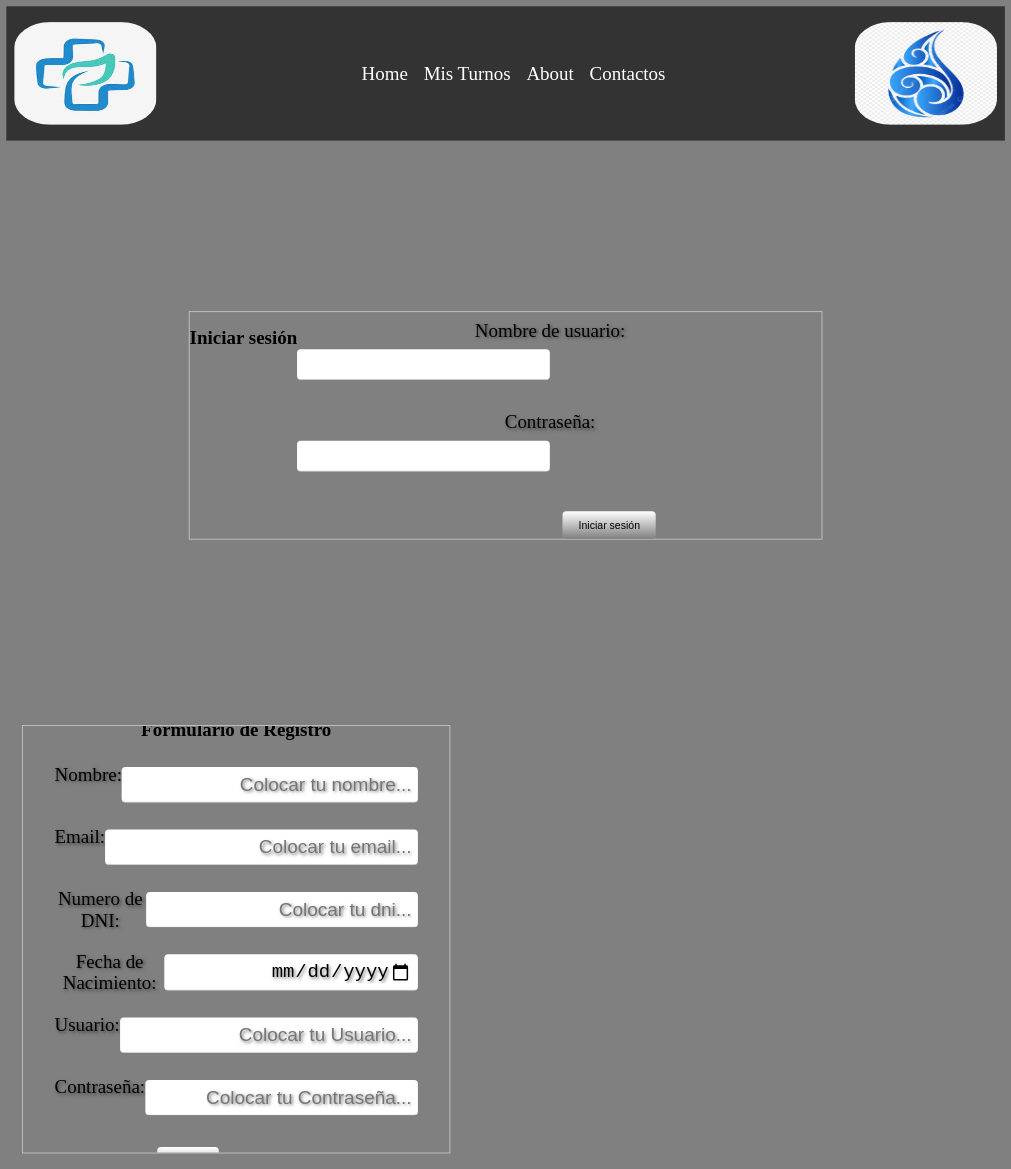
Repository: mauro8778/TurnoClinica
Page: / (app in front/vite-project/)
An editor plug-in stored every save of this project. The page is shown before and after the next save, followed by the edit.
The browser window is 1280 px wide. The pictures show the whole page, at 79% of full size.
The project was rebuilt for these pictures with package versions that can differ from the ones it lists, and the page was loaded fresh each time. Also part of the build but not shown: front/vite-project/vite.config.js.

Above is the page before, as saved 2024-04-14 14:10:49.

### front/vite-project/src/App.jsx

import "./index.css"
import NavBar from "./components/NavBar/NavBar.jsx";
import Login from "./views/Login/Login"
import Register from "./views/Register/Register.jsx";


function App() {


  return (
    <>
    <NavBar/>
  <Login/>
  <Register/>
    </>


  )
}

export default App

### front/vite-project/src/index.css
body{

  background-color: grey;
}

### front/vite-project/src/components/NavBar/NavBar.jsx

import  "./NavBar.css";
import hospital from "../../assets/hospital.jpg"
import logo from "../../assets/logo.jpg"


const NavBar=()=>{

    return(
    <>

    <div className="navbar">
      <img src={hospital} alt="Imagen 1" className="left-image" />
      <ul className="nav-list">
        <li>Home</li>
        <li>Mis Turnos </li>
        <li>About</li>
        <li>Contactos </li>
      </ul>
      <img src={logo} alt="Imagen 2" className="right-image" />
    </div>


    </>
    )
}
export default NavBar;

### front/vite-project/src/views/Login/Login.jsx
import { useState } from "react";
import axios from "axios"
import "./login.css";

const LoginForm = () => {
  const [credentials, setCredentials] = useState({
    username: "",
    password: ""
  });

  const [error, setError] = useState("");

  const handleInputChange = (event) => {
    const { name, value } = event.target;
    setCredentials({
      ...credentials,
      [name]: value
    });
  };

  const handleFormSubmit = async (event) => {
    event.preventDefault();
    if (!credentials.username && !credentials.password) {
        setError("Faltan rellenar los campos de usuario y contraseña");
        return;
      }
      if (!credentials.username) {
        setError("Falta colocar el nombre de usuario");
        return;
      }
      if (!credentials.password) {
        setError("Falta colocar la contraseña");
        return;
      }
    try {
        const response = await axios.post("http://localhost:3000/users/loguin", credentials);
        if (response.status === 200) {
          alert("Inicio de sesión exitoso");
        } else {
          setError("Credenciales inválidas");
        }
    } catch (error) {
        if (error.response && error.response.status === 400) {
          setError("Usuario inexistente");
        } else if (error.response && error.response.status === 401) {
          setError("Contraseña incorrecta");
        } else {
          setError ("Error al iniciar sesión. Por favor, inténtalo de nuevo más tarde");
        }
    }
};
  return (
    <div className="card-container">
    <div className="card">
      <h2>Iniciar sesión</h2>
      <form onSubmit={handleFormSubmit} className="form-container">
        <div className="input-container">
          <label htmlFor="username">Nombre de usuario:</label>
          <input
            type="text"
            id="username"
            name="username"
            value={credentials.username}
            onChange={handleInputChange}
          />
        </div>
        <div className="input-container">
          <label htmlFor="password">Contraseña:</label>
          <input
            type="password"
            id="password"
            name="password"
            value={credentials.password}
            onChange={handleInputChange}
          />
        </div>
        {error && <p className="error">{error}</p>}
        <button type="submit">Iniciar sesión</button>
      </form>
    </div>
  </div>
);
};

export default LoginForm;

### front/vite-project/src/views/Register/Register.jsx

import { useState, useEffect } from "react";
import "../Register/Register.css";
import { Validate } from "../../helper/validate";
import axios from "axios";

const Register = () => {
  const [userData, setUserData] = useState({
    name: "",
    email: "",
    nDni: "",
    birthdate: "",
    username: "",
    password: ""
  });

  const [errors, setErrors] = useState({
    name: "",
    email: "",
    nDni: "",
    birthdate: "",
    username: "",
    password: ""
  });

  const [formSubmitted, setFormSubmitted] = useState(false);

  const handleInputChange = (event) => {
    const { name, value } = event.target;
    setUserData({
      ...userData,
      [name]: value
    });
  };

  const handleFormSubmit = (event) => {
    event.preventDefault();
    setFormSubmitted(true);
  };

  useEffect(() => {
    if (formSubmitted) {
      const currentErrors = Validate(userData);
      setErrors(currentErrors);

      const noErrors = Object.values(currentErrors).every(
        (error) => error === ""
      );

      if (noErrors) {
        axios
          .post("http://localhost:3000/users/register", userData)
          .then(() => {
            alert("Usuario creado con éxito");
            setFormSubmitted(false);
            setUserData({
              name: "",
              email: "",
              nDni: "",
              birthdate: "",
              username: "",
              password: ""
            });
            setErrors({
              name: "",
              email: "",
              nDni: "",
              birthdate: "",
              username: "",
              password: ""
            });
          })
          .catch((error) => {
            console.error("Error al enviar los datos:", error);
          });
      }
    }
  }, [formSubmitted, userData]);

  return (
    <>
      <div className="tarjeta">
        <div className="contenido">
          <h2>Formulario de Registro</h2>
          <form onSubmit={handleFormSubmit}>
            <label htmlFor="name">
              Nombre:
              <input
                type="text"
                value={userData.name}
                name="name"
                placeholder="Colocar tu nombre..."
                onChange={handleInputChange}
              />
            </label>
            {formSubmitted && <p className="error">{errors.name}</p>}

            <label htmlFor="email">
              Email:
              <input
                type="text"
                value={userData.email}
                name="email"
                placeholder="Colocar tu email..."
                onChange={handleInputChange}
              />
            </label>
            {formSubmitted && <p className="error">{errors.email}</p>}

            <label htmlFor="nDni">
              Numero de DNI:
              <input
                type="text"
                value={userData.nDni}
                name="nDni"
                placeholder="Colocar tu dni..."
                onChange={handleInputChange}
              />
            </label>
            {formSubmitted && <p className="error">{errors.nDni}</p>}

            <label htmlFor="birthdate">
              Fecha de Nacimiento:
              <input
                type="date"
                value={userData.birthdate}
                name="birthdate"
                placeholder="Colocar tu Fecha de Nacimiento..."
                onChange={handleInputChange}
              />
            </label>
            {formSubmitted && <p className="error">{errors.birthdate}</p>}

            <label htmlFor="username">
              Usuario:
              <input
                type="text"
                value={userData.username}
                name="username"
                placeholder="Colocar tu Usuario..."
                onChange={handleInputChange}
              />
            </label>
            {formSubmitted && <p className="error">{errors.username}</p>}

            <label htmlFor="password">
              Contraseña:
              <input
                type="password"
                value={userData.password}
                name="password"
                placeholder="Colocar tu Contraseña..."
                onChange={handleInputChange}
              />
            </label>
            {formSubmitted && <p className="error">{errors.password}</p>}

            <button type="submit">Enviar</button>
          </form>
        </div>
      </div>
    </>
  );
};

export default Register;

### front/vite-project/src/components/NavBar/NavBar.css
.navbar {
  display: flex;
  justify-content: space-between;
  align-items: center;
  background-color: #333;
  padding: 10px;
  height: 150px;
}

.nav-list {
  list-style: none;
  display: flex;
  margin: 0;
  padding: 0;
}

.nav-list li {
  margin-left: 20px;
  color: white;
  font-size: 1.5rem;
}

.left-image,
.right-image {
  width: 180px;
  height: 130px;
  border-radius: 25%;
}

### front/vite-project/src/views/Login/login.css
.card-container {
  display: flex;
  justify-content: center;
  align-items: center;
  height: 100vh;
}
.centered{
  text-align: center;
  font-size: 3rem;
  color: black;
  padding: 10px 20px;
  text-shadow: 2px 2px 4px rgba(0, 0, 0, 0.5);
}
label{
  text-align: center;
  font-size: 1.5rem;
  color: black;
  padding: 10px 20px;
  border-radius: 5px;
  text-shadow: 2px 2px 4px rgba(0, 0, 0, 0.5);
  display: flex;
  justify-content: center;

}
input{
  text-align: right;
  font-size: 1.5rem;
  color: black;
  padding: 10px 20px;
  border-radius: 5px;
  text-shadow: 2px 2px 4px rgba(0, 0, 0, 0.5);
}

.card {
  display: flex;
  border: 1px solid #ccc;
  width: 80%;
  max-width: 800px;
}

.left-column,
.right-column {
  flex: 1;
  padding: 20px;
  background: linear-gradient(white,grey) ;
  display: flex;
  justify-content: center;
  align-items: center;
}

.left-column {
  border-right: 1px solid #ccc;
  background: linear-gradient(white,grey);
  display: flex;
  justify-content: center;
  align-items: center;
}

.right-column {
  display: flex;
  flex-direction: column;
  align-items: center;
  padding: 20px; }

.right-column h2 {
  margin-bottom: 20px;
}

.form-container {
  width: 80%;
  text-align: center;
}

.input-container {
  width: 100%;
  margin-bottom: 20px;
  text-align: left;
}

.error {
  color: red;
  text-align: center;
}

.button-container {
  margin: 0 5px;
}


.botones{
  display: flex;
  justify-content: space-between;
  align-items: center;
}
button {
  padding: 10px 20px;
  background: linear-gradient(white, grey);
  transition: background-color 0.3s ease;
  text-decoration: none;
  color: #333;
  border-radius: 5px;
}
button:hover {
  background-color: rgba(0, 0, 0, 0.1);
}
.Links {
  padding: 10px 20px;
  background: linear-gradient(white, grey);
  transition: background-color 0.3s ease;
  text-decoration: none;
  color: #333;
  border-radius: 5px;
}
.Links:hover {
  background-color: rgba(0, 0, 0, 0.1);
}

### front/vite-project/src/views/Register/Register.css
.tarjeta {
    display: flex;
    flex-direction: column;
    justify-content: center;
    align-items: center;
    width: 500px;
    height: 500px;
    margin: 20px;
    padding: 20px;
    position: relative;
    overflow: hidden;
    border: 1px solid #ccc;
    background-color: transparent;
    transition: all 0.3s ease;
  }

  .tarjeta:hover {
    transform: scale(1.05);
    box-shadow: 0 0 10px rgba(0, 0, 0, 0.2);
  }

  .contenido {
    display: flex;
    flex-direction: column;
    align-items: center;
  }

  .contenido h2 {
    color: black;
  }

  button {
    margin-top: 20px;
    padding: 10px 20px;
    background-color: transparent;
    border: none;
    color: black;
    cursor: pointer;
    margin-left: 150px;
  }

  button:hover {
    background-color: #ccc;
  }

  input {
    margin-bottom: 10px;
    padding: 5px;
    border: none;
    border-bottom: 1px solid #ccc;
    outline: none;
  }
  input:focus {
    border-bottom-color: black;
  }
  .error{
color: red;

  }
  .contenido label input {
    width: 100%;
    padding: 8px;
    margin-top: 4px;
  }

### front/vite-project/src/helper/validate.js
export const Validate = (input) => {
    const errors = {};

    const nameRegex = /^[A-Za-z]{1,20}$/;
    if (!nameRegex.test(input.name)) {
        errors.name = "El nombre debe contener solo letras y tener máximo 20 caracteres";
    }

    const emailRegex = /^[^\s@]+@[^\s@]+\.[^\s@]+$/;
    if (!emailRegex.test(input.email)) {
        errors.email = "El email no es válido";
    }

    const nDniRegex = /^\d{1,8}$/;
    if (!nDniRegex.test(input.nDni)) {
        errors.nDni = "El número de DNI debe contener solo números y tener máximo 8 dígitos";
    }

    const birthdateRegex = /^(19|20)\d\d-(0[1-9]|1[0-2])-(0[1-9]|[12][0-9]|3[01])$/;
    if (!birthdateRegex.test(input.birthdate)) {
        errors.birthdate = "La fecha de nacimiento no es válida";
    }

    const usernameRegex = /^[A-Za-z0-9_]{3,20}$/;
    if (!usernameRegex.test(input.username)) {
        errors.username = "El nombre de usuario debe contener solo letras, números y guiones bajos, y tener entre 3 y 20 caracteres";
    }

    const passwordRegex = /^.{8,}$/;
    if (!passwordRegex.test(input.password)) {
        errors.password = "La contraseña debe tener al menos 8 caracteres";
    }

    return errors;
};

Loaded but not shown: front/vite-project/index.html (common file); front/vite-project/src/main.jsx (common file)

After the next save:
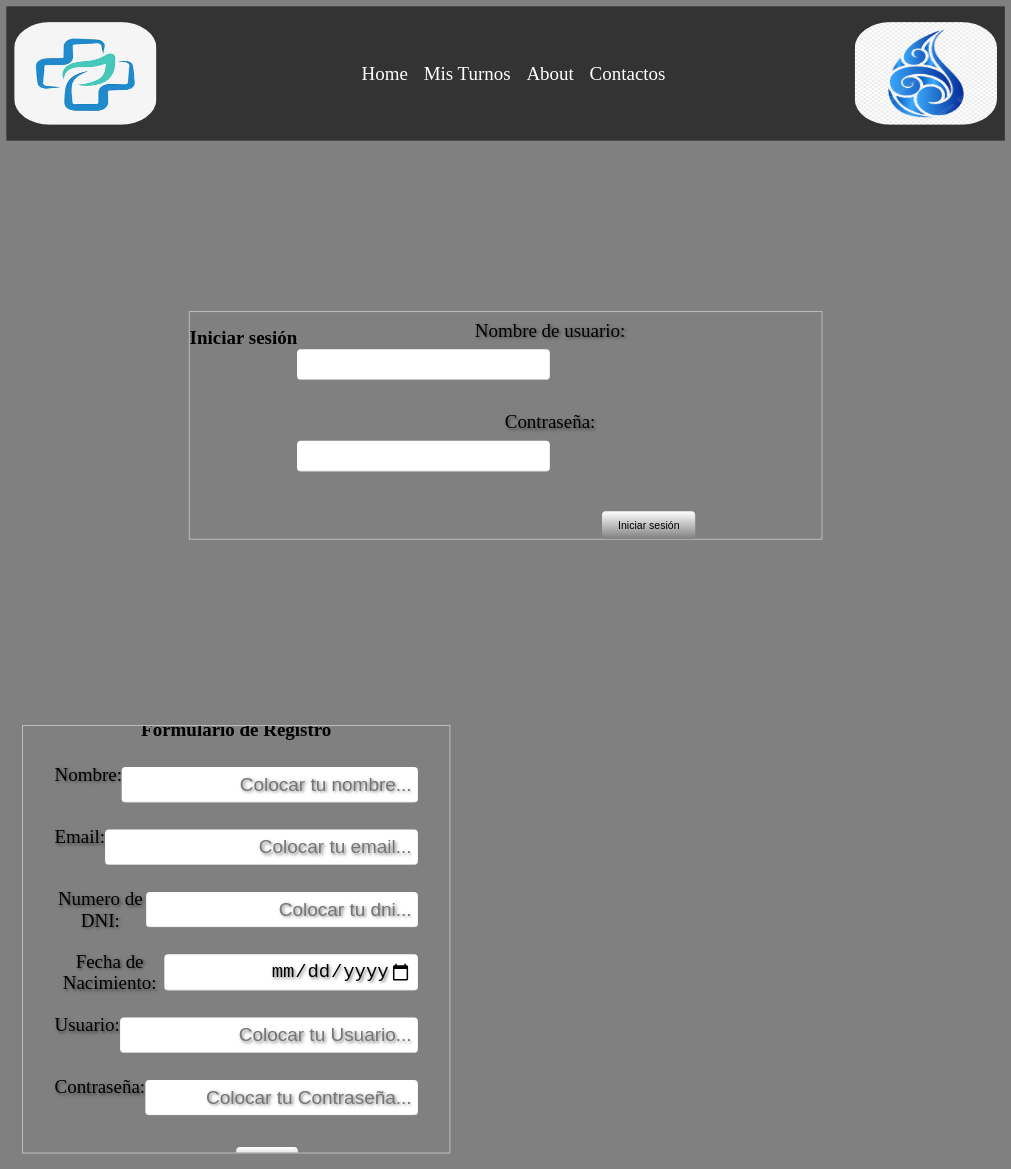
Saved 8 s later.
--- a/front/vite-project/src/views/Register/Register.css
+++ b/front/vite-project/src/views/Register/Register.css
@@ -36,7 +36,7 @@
     border: none;
     color: black;
     cursor: pointer;
-    margin-left: 150px;
+    margin-left: 250px;
   }
 
   button:hover {
